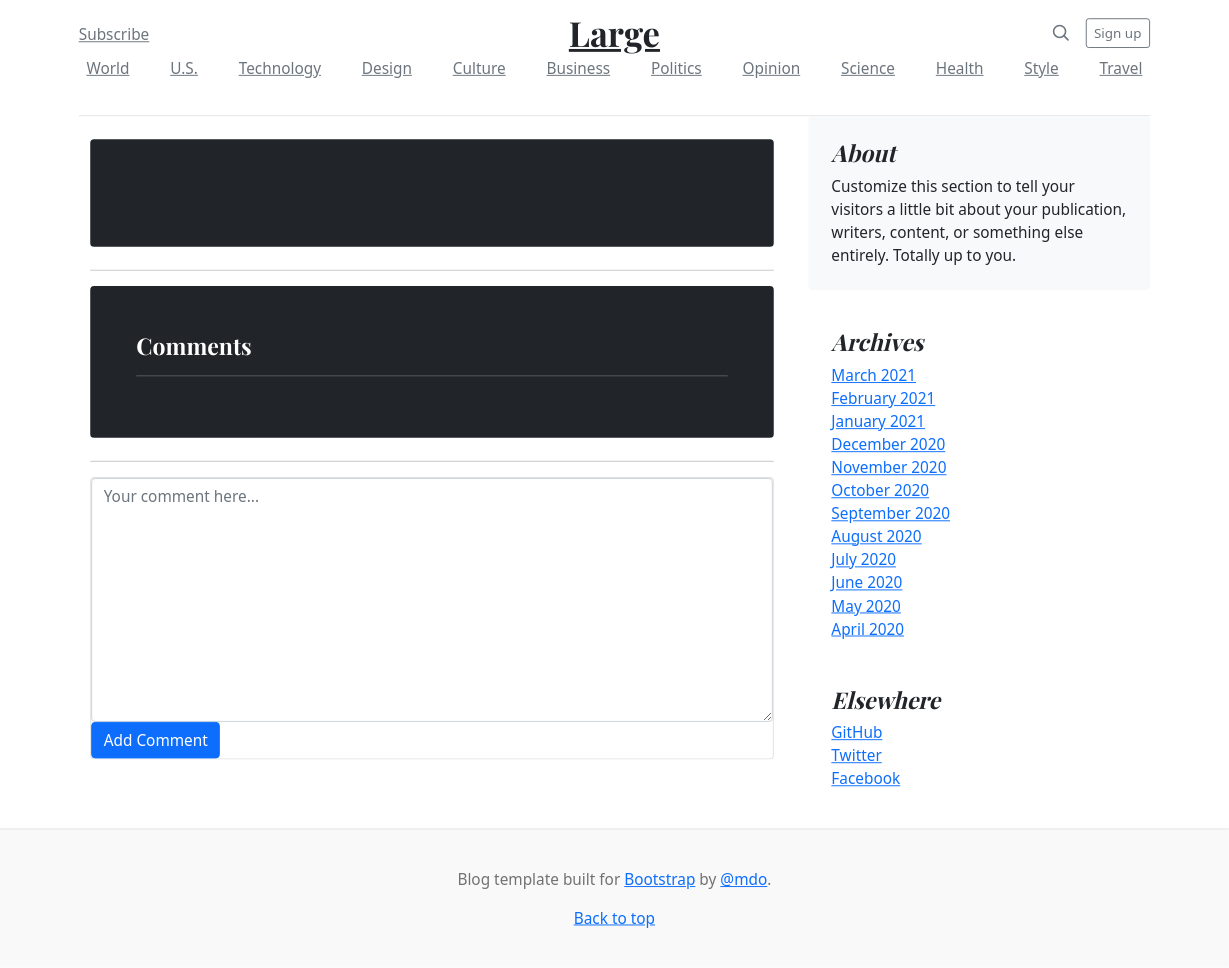
Repository: GarlicButterBoy/WEBD5201
Page: resources/views/posts/show.blade.php
The author's editor kept a copy of each file at every save. The page is drawn from the files as they stood at one save, then again after a run of saves.
The browser window is 1280 px wide. The pictures show the whole page, at 96% of full size.
The page is served by the project's Laravel application, run on PHP 8.4 with Laravel 8. Other server files are loaded and not shown. The template is opened directly, without the code that normally fills it, so the values that code supplies are empty.

Above is the page before, as saved 2021-09-21 17:44:05.

### routes/web.php
<?php

/*
|--------------------------------------------------------------------------
| Web Routes
|--------------------------------------------------------------------------
|
| Here is where you can register web routes for your application. These
| routes are loaded by the RouteServiceProvider within a group which
| contains the "web" middleware group. Now create something great!
|
*/
use App\Task;
use App\Post;

// Route::get('/tasks', function () {
//     $tasks = DB::table('tasks')->get();
//     $tasks = \App\Task::all();
//     return view('tasks.index', compact('tasks'));
// });
Route::get('/tasks', 'TasksController@index'); //Replaced -> //Route::get('/tasks', function () {});
Route::get('/tasks/{task}', 'TasksController@show'); //Replaced -> //Route::get('/tasks/{task}', function ($id) {});


Route::get('/', 'PostsController@index');
Route::get('/posts/create', 'PostsController@create');
Route::post('/posts', 'PostsController@store');
Route::get('/posts/{post}', 'PostsController@show'); //Replaced -> //Route::get('/tasks', function () {});

// Route::get('/', function () {
//     //$name = 'Laracasts';
//     $tasks = [
//      'Go to the store',
//      'Finish my screencast',
//      'Clean the house'];
//     //Lesson 5, 3 ways to pass data to view
//     //return view('welcome', ['tasks' => $tasks]);
//     return view('welcome', compact('tasks'));
//     //return view('welcome')->with('tasks', $tasks);
// });
Route::get('/about', function () {  return view('about'); });

/* Posts
 *
 * GET /posts
 * GET /posts/create
 *
 * POST /posts
 *
 * GET /posts/{id}/edit
 * GET /posts/{id}
 *
 * PATCH /posts/{id}
 *
 * DELETE /posts/{id}
 *
 */

### resources/views/posts/show.blade.php
@extends ('layouts.main')


@section ('content')
<div class="col-md-8 p-4 ">
    <div class="p-4 p-md-5 mb-4 text-white rounded bg-dark">
        <h1>{{ $post->title }}</h1>

        <p>{{ $post->body }}</p>
    </div>

    <hr>

    <div class="comments p-4 p-md-5 mb-4 text-white rounded bg-dark">
        <h4>Comments</h4>
        <hr>
        <ol>
        @foreach ($post->comments as $comment)
        <li>
        <article>
            <strong>{{ $comment->created_at->diffForHumans() }}:</strong>

            {{$comment->body}}
        </article>
        </li>
        @endforeach
        </ol>
    </div>
    <hr>
    <div class="card">
        <div class="card-block">
    <form action="POST">
        <div class="form-group">
            <textarea class="form-control" name="body" id="body" cols="30" rows="10" placeholder="Your comment here..."></textarea>
        </div>
        <div class="form-group">
            <button type="submit" class="btn btn-primary">Add Comment</button>
        </div>
    </form>
        </div>
    </div>


</div>

@endsection

### resources/views/layouts/main.blade.php
<!doctype html>
<html lang="en">
  <head>
    <meta charset="utf-8">
    <meta name="viewport" content="width=device-width, initial-scale=1">
    <meta name="description" content="">
    <meta name="author" content="Mark Otto, Jacob Thornton, and Bootstrap contributors">
    <meta name="generator" content="Hugo 0.88.1">
    <title>Blog Template · Bootstrap v5.1</title>

    <link rel="canonical" href="https://getbootstrap.com/docs/5.1/examples/blog/">



    <!-- Bootstrap core CSS -->
    <link href="https://cdn.jsdelivr.net/npm/bootstrap@5.1.1/dist/css/bootstrap.min.css" rel="stylesheet" integrity="sha384-F3w7mX95PdgyTmZZMECAngseQB83DfGTowi0iMjiWaeVhAn4FJkqJByhZMI3AhiU" crossorigin="anonymous">

    <!-- Favicons -->
<link rel="apple-touch-icon" href="/docs/5.1/assets/img/favicons/apple-touch-icon.png" sizes="180x180">
<link rel="icon" href="/docs/5.1/assets/img/favicons/favicon-32x32.png" sizes="32x32" type="image/png">
<link rel="icon" href="/docs/5.1/assets/img/favicons/favicon-16x16.png" sizes="16x16" type="image/png">
<link rel="manifest" href="/docs/5.1/assets/img/favicons/manifest.json">
<link rel="mask-icon" href="/docs/5.1/assets/img/favicons/safari-pinned-tab.svg" color="#7952b3">
<link rel="icon" href="/docs/5.1/assets/img/favicons/favicon.ico">
<meta name="theme-color" content="#7952b3">


    <style>
      .bd-placeholder-img {
        font-size: 1.125rem;
        text-anchor: middle;
        -webkit-user-select: none;
        -moz-user-select: none;
        user-select: none;
      }

      @media (min-width: 768px) {
        .bd-placeholder-img-lg {
          font-size: 3.5rem;
        }
      }
    </style>


    <!-- Custom styles for this template -->
    <link href="https://fonts.googleapis.com/css?family=Playfair&#43;Display:700,900&amp;display=swap" rel="stylesheet">
    <!-- Custom styles for this template -->
    <link href="/css/blog.css" rel="stylesheet">
  </head>
  <body>

<div class="container">
  <header class="blog-header py-3">
    <div class="row flex-nowrap justify-content-between align-items-center">
      <div class="col-4 pt-1">
        <a class="link-secondary" href="#">Subscribe</a>
      </div>
      <div class="col-4 text-center">
        <a class="blog-header-logo text-dark" href="#">Large</a>
      </div>
      <div class="col-4 d-flex justify-content-end align-items-center">
        <a class="link-secondary" href="#" aria-label="Search">
          <svg xmlns="http://www.w3.org/2000/svg" width="20" height="20" fill="none" stroke="currentColor" stroke-linecap="round" stroke-linejoin="round" stroke-width="2" class="mx-3" role="img" viewBox="0 0 24 24"><title>Search</title><circle cx="10.5" cy="10.5" r="7.5"/><path d="M21 21l-5.2-5.2"/></svg>
        </a>
        <a class="btn btn-sm btn-outline-secondary" href="#">Sign up</a>
      </div>
    </div>


  @include ('layouts.nav')
  </header>


</div>

<div class="container">
  <div class="row">

    @yield ('content')

    @include ('layouts.sidebar')
    </div>

</main>
  </div>
</div>

@include ('layouts.footer')

  </body>
</html>

### resources/views/layouts/nav.blade.php
<div class="nav-scroller py-1 mb-2">
    <nav class="nav d-flex justify-content-between">
      <a class="p-2 link-secondary" href="#">World</a>
      <a class="p-2 link-secondary" href="#">U.S.</a>
      <a class="p-2 link-secondary" href="#">Technology</a>
      <a class="p-2 link-secondary" href="#">Design</a>
      <a class="p-2 link-secondary" href="#">Culture</a>
      <a class="p-2 link-secondary" href="#">Business</a>
      <a class="p-2 link-secondary" href="#">Politics</a>
      <a class="p-2 link-secondary" href="#">Opinion</a>
      <a class="p-2 link-secondary" href="#">Science</a>
      <a class="p-2 link-secondary" href="#">Health</a>
      <a class="p-2 link-secondary" href="#">Style</a>
      <a class="p-2 link-secondary" href="#">Travel</a>
    </nav>
</div>

### resources/views/layouts/sidebar.blade.php
<div class="col-md-4">
      <div class="position-sticky" style="top: 2rem;">
        <div class="p-4 mb-3 bg-light rounded">
          <h4 class="fst-italic">About</h4>
          <p class="mb-0">Customize this section to tell your visitors a little bit about your publication, writers, content, or something else entirely. Totally up to you.</p>
        </div>

        <div class="p-4">
          <h4 class="fst-italic">Archives</h4>
          <ol class="list-unstyled mb-0">
            <li><a href="#">March 2021</a></li>
            <li><a href="#">February 2021</a></li>
            <li><a href="#">January 2021</a></li>
            <li><a href="#">December 2020</a></li>
            <li><a href="#">November 2020</a></li>
            <li><a href="#">October 2020</a></li>
            <li><a href="#">September 2020</a></li>
            <li><a href="#">August 2020</a></li>
            <li><a href="#">July 2020</a></li>
            <li><a href="#">June 2020</a></li>
            <li><a href="#">May 2020</a></li>
            <li><a href="#">April 2020</a></li>
          </ol>
        </div>

        <div class="p-4">
          <h4 class="fst-italic">Elsewhere</h4>
          <ol class="list-unstyled">
            <li><a href="#">GitHub</a></li>
            <li><a href="#">Twitter</a></li>
            <li><a href="#">Facebook</a></li>
          </ol>
        </div>
      </div>
    </div>

### resources/views/layouts/footer.blade.php
<footer class="blog-footer">
  <p>Blog template built for <a href="https://getbootstrap.com/">Bootstrap</a> by <a href="https://twitter.com/mdo">@mdo</a>.</p>
  <p>
    <a href="#">Back to top</a>
  </p>
</footer>

### public/css/blog.css

  /* stylelint-disable selector-list-comma-newline-after */

.blog-header {
  line-height: 1;
  border-bottom: 1px solid #e5e5e5;
}

.blog-header-logo {
  font-family: "Playfair Display", Georgia, "Times New Roman", serif/*rtl:Amiri, Georgia, "Times New Roman", serif*/;
  font-size: 2.25rem;
}

.blog-header-logo:hover {
  text-decoration: none;
}

h1, h2, h3, h4, h5, h6 {
  font-family: "Playfair Display", Georgia, "Times New Roman", serif/*rtl:Amiri, Georgia, "Times New Roman", serif*/;
}

.display-4 {
  font-size: 2.5rem;
}
@media (min-width: 768px) {
  .display-4 {
    font-size: 3rem;
  }
}

.nav-scroller {
  position: relative;
  z-index: 2;
  height: 2.75rem;
  overflow-y: hidden;
}

.nav-scroller .nav {
  display: flex;
  flex-wrap: nowrap;
  padding-bottom: 1rem;
  margin-top: -1px;
  overflow-x: auto;
  text-align: center;
  white-space: nowrap;
  -webkit-overflow-scrolling: touch;
}

.nav-scroller .nav-link {
  padding-top: .75rem;
  padding-bottom: .75rem;
  font-size: .875rem;
}

.card-img-right {
  height: 100%;
  border-radius: 0 3px 3px 0;
}

.flex-auto {
  flex: 0 0 auto;
}

.h-250 { height: 250px; }
@media (min-width: 768px) {
  .h-md-250 { height: 250px; }
}

/* Pagination */
.blog-pagination {
  margin-bottom: 4rem;
}
.blog-pagination > .btn {
  border-radius: 2rem;
}

/*
 * Blog posts
 */
.blog-post {
  margin-bottom: 4rem;
}
.blog-post-title {
  margin-bottom: .25rem;
  font-size: 2.5rem;
}
.blog-post-meta {
  margin-bottom: 1.25rem;
  color: #727272;
}

/*
 * Footer
 */
.blog-footer {
  padding: 2.5rem 0;
  color: #727272;
  text-align: center;
  background-color: #f9f9f9;
  border-top: .05rem solid #e5e5e5;
}
.blog-footer p:last-child {
  margin-bottom: 0;
}

Loaded but not shown: app/Providers/AppServiceProvider.php (common file)

After the next 2 saves:
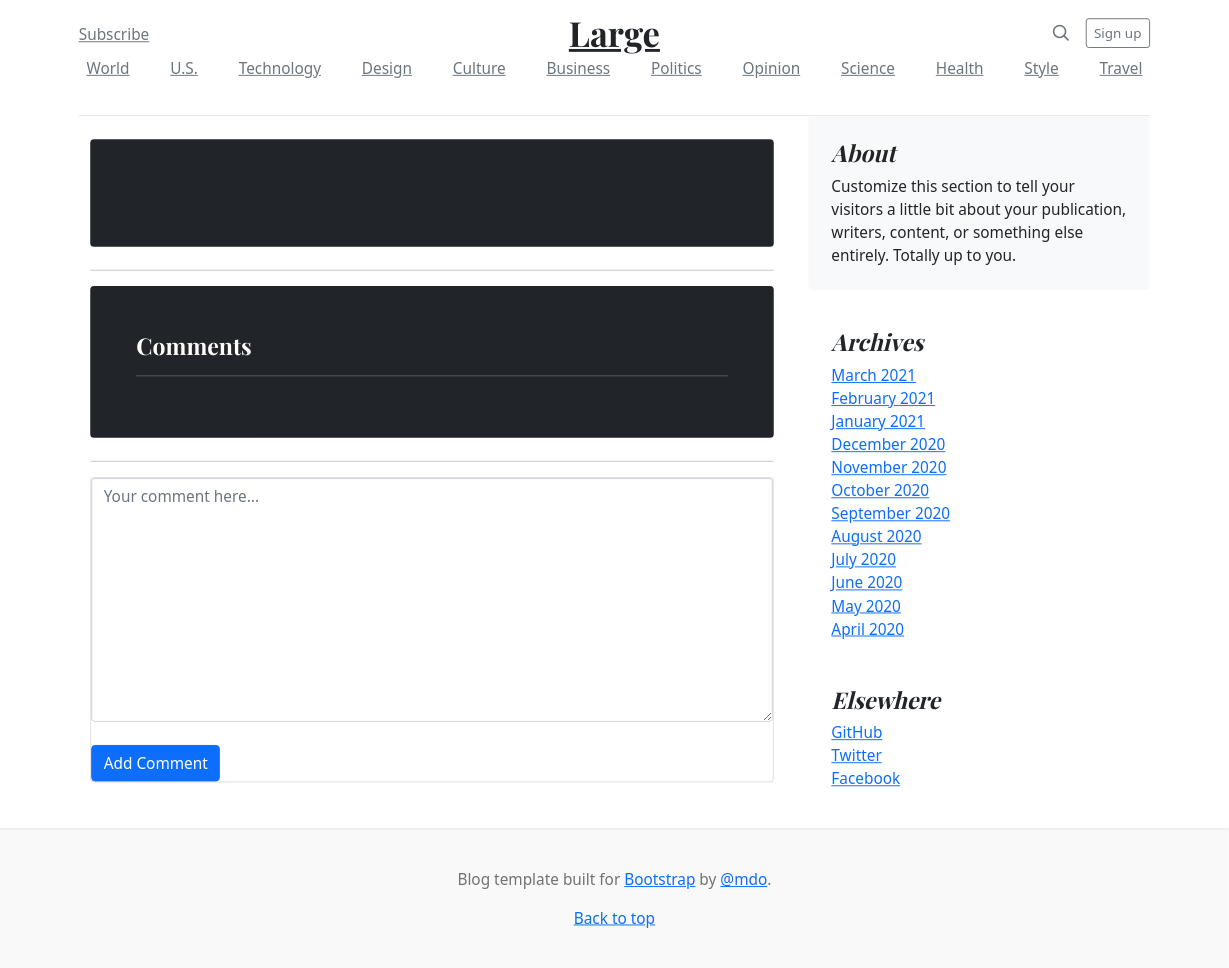
The 2 saves are shown as one change because they came seconds apart.
The last was saved 13 s later.
--- a/resources/views/posts/show.blade.php
+++ b/resources/views/posts/show.blade.php
@@ -32,7 +32,7 @@
     <form action="POST">
         <div class="form-group">
             <textarea class="form-control" name="body" id="body" cols="30" rows="10" placeholder="Your comment here..."></textarea>
-        </div>
+        </div><br/>
         <div class="form-group">
             <button type="submit" class="btn btn-primary">Add Comment</button>
         </div>
